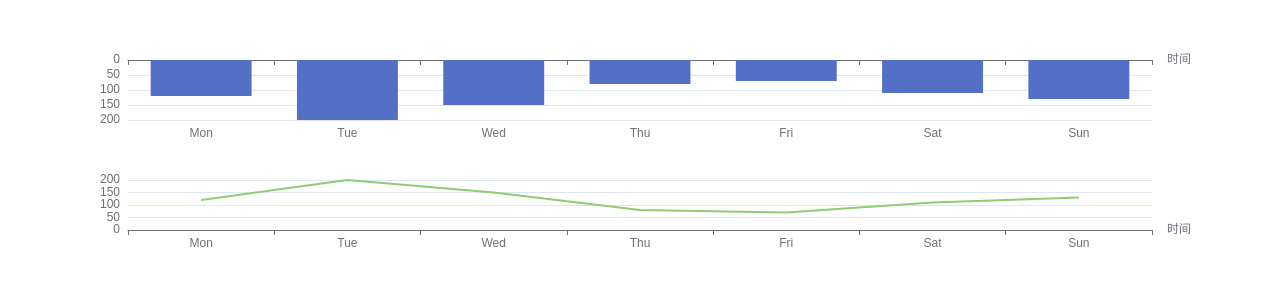
Repository: LeP-Ton/curve
Page: /
An editor plug-in stored every save of this project. The page is shown before and after a run of saves, followed by the edit.
The browser window is 1280 px wide. The pictures show the whole page.
The project was rebuilt for these pictures with package versions that can differ from the ones it lists, and the page was loaded fresh each time.

Above is the page before, as saved 2022-08-18 20:10:47.

### src/index.js
import React from "react";
import ReactDOM from "react-dom/client";
import "./index.css";
import Echart from "./Echart";
import reportWebVitals from "./reportWebVitals";

const root = ReactDOM.createRoot(document.getElementById("root"));
const option = {
  tooltip: {
    trigger: "axis",
    // formatter:function(params){
    //   console.log("---",params[0]);
    //   return(`${params[0].axisId}:${params[0].axisValue} ${params[0].seriesName}:${params[0].value}`)
    // }
  },
  xAxis: [
    {
      name: "时间",
      type: "category",
      data: ["Mon", "Tue", "Wed", "Thu", "Fri", "Sat", "Sun"],
    },
    {
      name: "时间",
      type: "category",
      data: ["Mon", "Tue", "Wed", "Thu", "Fri", "Sat", "Sun"],
      gridIndex: 1
    },
  ],
  yAxis: [
    {
      type: "value",
      inverse: true,
    },
    {
      gridIndex: 1
    },

  ],
  grid: [
    {
      bottom: '60%'
    },
    {
      top: '60%'
    }
  ],
  series: [
    {
      name: "温度",
      data: [120, 200, 150, 80, 70, 110, 130],
      type: "bar",
    },
    {
      name: "宽度",
      type: "line",
      showSymbol: false,
      data: [120, 200, 150, 80, 70, 110, 130],
      xAxisIndex: 1,
      yAxisIndex: 1,
    },
  ],
};
root.render(
  <React.StrictMode>
    <Echart options={option} style={{ height: "300px" }} />
  </React.StrictMode>
);

// If you want to start measuring performance in your app, pass a function
// to log results (for example: reportWebVitals(console.log))
// or send to an analytics endpoint. Learn more: https://bit.ly/CRA-vitals
reportWebVitals();

### src/Echart.js
import React, {
  useEffect,
  useRef,
  useState
} from 'react';
import * as echarts from 'echarts';

const Echart = props => {
  const { options, style } = props;
  const chartRef = useRef();
  const [myChart, setMyChart] = useState(null);

  const resizeEcharts = () => {
    myChart.resize();
  };

  useEffect(() => {
    setMyChart(echarts.init(chartRef.current));
  }, []);

  useEffect(() => {
    if (myChart) {
      window.addEventListener('resize', resizeEcharts);
      return () => {
        window.removeEventListener('resize', resizeEcharts);
        myChart.dispose();
        setMyChart(null);
      };
    }
  }, [myChart]);

  useEffect(() => {
    myChart && myChart.setOption(options);
  }, [myChart, options]);

  return <div ref={chartRef} className="default-charts" style={style} />;
};

export default Echart;

Loaded but not shown: public/index.html (common file); src/index.css (common file); src/reportWebVitals.js (common file)

After the next 2 saves:
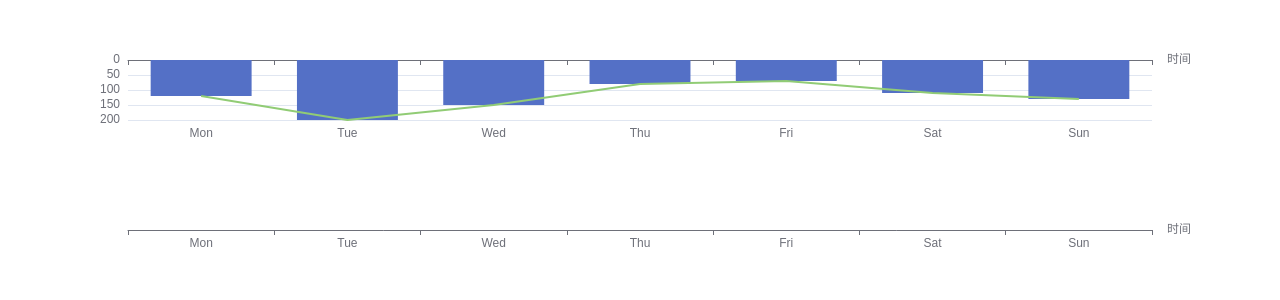
The 2 saves are shown as one change because they came seconds apart.
The last was saved 24 s later.
--- a/src/index.js
+++ b/src/index.js
@@ -55,9 +55,9 @@
       type: "line",
       showSymbol: false,
       data: [120, 200, 150, 80, 70, 110, 130],
-      xAxisIndex: 1,
-      yAxisIndex: 1,
-    },
+      // xAxisIndex: 1,
+      // yAxisIndex: 1,
+    }
   ],
 };
 root.render(

After the save that followed:
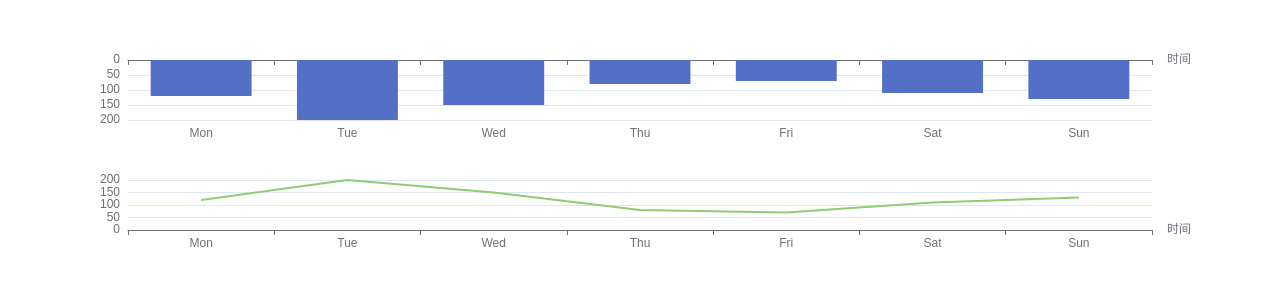
Saved 10 s later.
--- a/src/index.js
+++ b/src/index.js
@@ -55,8 +55,8 @@
       type: "line",
       showSymbol: false,
       data: [120, 200, 150, 80, 70, 110, 130],
-      // xAxisIndex: 1,
-      // yAxisIndex: 1,
+      xAxisIndex: 1,
+      yAxisIndex: 1,
     }
   ],
 };
